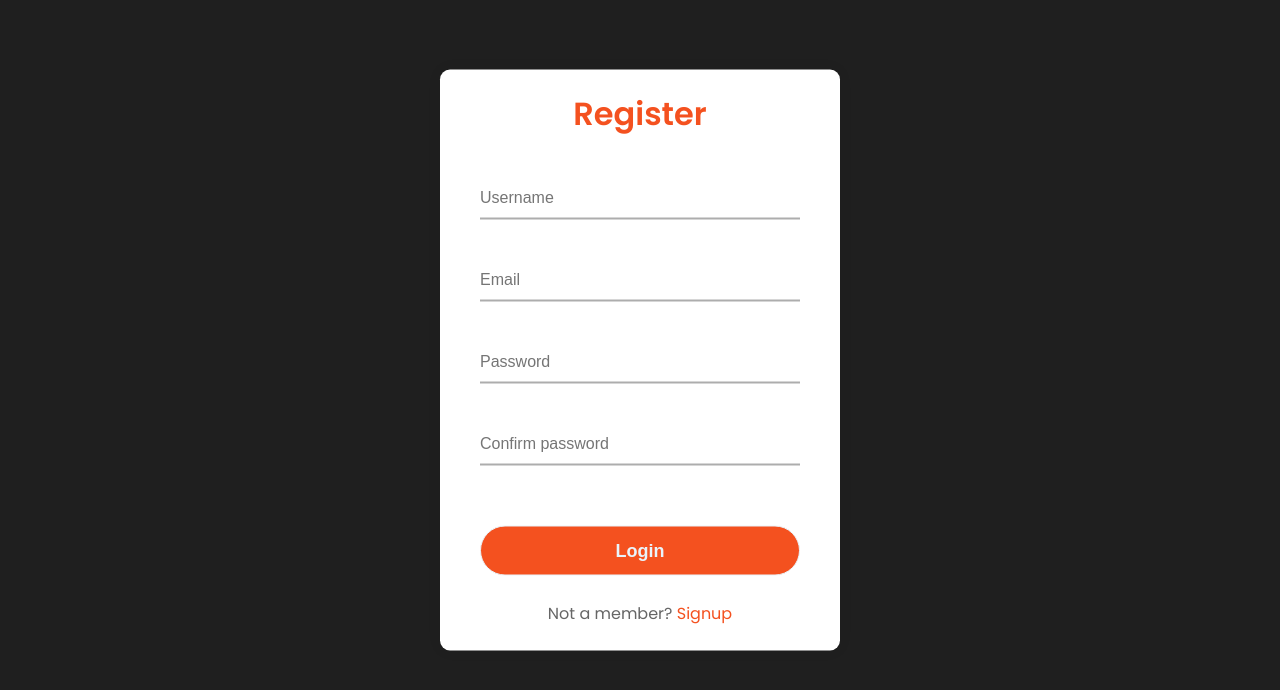
Repository: long5122000/Shopc
Page: register.html
These files come from the project's save history. The page is drawn as it stood at one moment and after the next save; the edit follows.
The browser window is 1280 px wide. The pictures show the whole page.
The style sheet was rebuilt from its Sass, Less or Tailwind sources for each picture, by a compiler version that may differ from the author's.

Above is the page before, as saved 2021-11-30 21:29:14.

### register.html
<!DOCTYPE html>
<html lang="en">
  <head>
    <meta charset="UTF-8" />
    <meta http-equiv="X-UA-Compatible" content="IE=edge" />
    <meta name="viewport" content="width=device-width, initial-scale=1.0" />
    <title>Document</title>
    <link rel="stylesheet" href="./css/app.css" />
  </head>
  <body>
    <div class="login__container">
      <h1 class="login__title">Register</h1>
      <form>
        <div class="form-control">
          <input type="text" id="username" placeholder="Username" />
          <span></span>
          <small></small>
        </div>
        <div class="form-control">
          <input type="email" id="email" placeholder="Email" />
          <span></span>
          <small></small>
        </div>
        <div class="form-control">
          <input type="password" id="password" placeholder="Password" />
          <span></span>
          <small></small>
        </div>
        <div class="form-control">
          <input
            type="password"
            id="password2"
            placeholder="Confirm password"
          />
          <span></span>
          <small></small>
        </div>
        <input type="submit" value="Login" />
        <div class="signup_link">Not a member? <a href="#">Signup</a></div>
      </form>
    </div>
  </body>
</html>

### sass/app.scss
@import "variables";
@import "reset";
@import "mixin";
@import "base";
@import "header";
@import "cart";
@import "search";
@import "info";
@import "home";
@import "category";
@import "about";
@import "hot";
@import "discount";
@import "new";
@import "newsletter";
@import "footer";
@import "modal";
@import "scroll";
@import "register";
@import "login";
@import "breakpoints";

### sass/_variables.scss
@import url("https://fonts.googleapis.com/css2?family=Poppins:wght@400;500;600;900&display=swap");
:root {
  --header-height: 3.5rem;
  /* Colors */
  --hue: 14;
  --first-color: hsl(var(--hue), 91%, 54%);
  --menu-color: hsl(31, 76%, 74%);
  --button-color: hsl(0, 0%, 24%);
  --button-color-alt: hsl(0, 0%, 28%);
  --title-color: hsl(0, 0%, 95%);
  --text-color: hsl(0, 0%, 75%);
  --body-color: hsl(0, 0%, 12%);
  --container-color: hsl(0, 0%, 16%);
  --border-color: hsl(0, 0%, 20%);
  --border-color: hsl(0, 0%, 94%);
  --dark1: #3e363f;
  --dark2: #212527;
  --light1: #fffce8;
  --light2: #edf7f6;
  --red: #df4747;
  --green: #47df5b;
  --transition250: all 250ms ease-in-out;
  --transition500: all 500ms ease-in-out;
  /* Font and typography */
  --body-font: "Poppins", sans-serif;
  --biggest-font-size: 2rem;
  --h1-font-size: 1.5rem;
  --h2-font-size: 1.25rem;
  --h3-font-size: 1rem;
  --normal-font-size: 0.938rem;
  --small-font-size: 0.813rem;
  /* font weight */
  --font-medium: 500;
  --font-semi-bold: 600;
  --font-black: 900;
  /* margenes bottom */
  --mb-0-25: 0.25rem;
  --mb-0-5: 0.5rem;
  --mb-0-75: 0.75rem;
  --mb-1: 1rem;
  --mb-1-5: 1.5rem;
  --mb-2: 2rem;
  --mb-2-5: 2.5rem;
  /* z-index */
  --z-tooltip: 10;
  --z-fixed: 100;

  @media screen and (min-width: 992px) {
    --biggest-font-size: 4rem;
    --h1-font-size: 2.25rem;
    --h2-font-size: 1.5rem;
    --h3-font-size: 1.25rem;
    --normal-font-size: 1rem;
    --small-font-size: 0.875rem;
    --smaller-font-size: 0.813rem;
  }
}

/*=============== GOOGLE FONTS ===============*/

### sass/_reset.scss
html {
  box-sizing: border-box;
}
* {
  margin: 0;
  padding: 0;
}
*,
*:before,
*:after {
  box-sizing: border-box;
}
input,
textarea,
select,
button {
  outline: none;
  border: none;
}
input {
  line-height: normal;
}
label,
button {
  cursor: pointer;
}
a {
  text-decoration: none;
}
img {
  display: block;
  max-width: 100%;
}

### sass/_mixin.scss
@mixin flex(
  $align: flex-start,
  $justify: flex-start,
  $wrap: nowrap,
  $dir: row
) {
  display: flex;
  justify-content: $justify;
  align-items: $align;
  flex-wrap: $wrap;
  flex-direction: $dir;
}
@mixin maxw($breakpoint) {
  @media screen and (max-width: $breakpoint) {
    @content;
  }
}
@mixin minw($breakpoint) {
  @media screen and (min-width: $breakpoint) {
    @content;
  }
}
@mixin center {
  display: flex;
  justify-content: center;
  align-items: center;
}

### sass/_base.scss
* {
  box-sizing: border-box;
  padding: 0;
  margin: 0;
}
html {
  scroll-behavior: smooth;
}
body {
  margin: var(--header-height) 0 0 0;
  font-family: var(--body-font);
  font-size: var(--normal-font-size);
  background: var(--body-color);
  color: var(--text-color);
}
h1,
h2,
h3,
h4 {
  color: var(--title-color);
  font-weight: var(--font-semi-bold);
}
ul {
  list-style: none;
}
.section {
  padding: 4.5rem 0 2rem;
}
.section__title {
  font-size: var(--h2-font-size);
  margin-bottom: var(--mb2);
  text-align: center;
}
.container {
  max-width: 1240px;
  margin-left: var(--mb-1-5);
  margin-right: var(--mb-1-5);
}
.grid {
  display: grid;
}
.main {
  overflow: hidden;
}
::-webkit-scrollbar {
  width: 0.6rem;
  background: #413e3e;
}
::-webkit-scrollbar-thumb {
  background: #272525;
  border-radius: 0.5rem;
}
.button {
  display: inline-block;
  background-color: var(--first-color);
  color: var(--title-color);
  padding: 1rem 1.75rem;
  border-radius: 0.5rem;
  font-weight: var(--font-medium);
  transition: 0.3s;
  &:hover {
    background-color: var(--first-color-alt);
  }
  &--ghost {
    border: 2px solid;
    background-color: transparent;
    border-radius: 3rem;
    padding: 0.75rem 1.5rem;
    &:hover {
      background: none;
    }
  }
  &__icon {
    font-size: 1.25rem;
  }
  &--link {
    color: var(--title-color);
  }
  &--flex {
    display: inline-flex;
    align-items: center;
    column-gap: 0.5rem;
  }
}

### sass/_header.scss
.header {
  width: 100%;
  background: var(--body-color);
  position: fixed;
  top: 0;
  left: 0;
  z-index: var(--z-fixed);
}
.nav {
  height: var(--header-height);
  @include flex(center, space-between);
  &__logo {
    @include flex(center);
    column-gap: 0.5rem;
    font-weight: var(--font-medium);
    &-img {
      width: 1.25rem;
    }
  }
  &__link,
  &__logo,
  &__toggle,
  &__close {
    color: var(--title-color);
  }
  &__toggle {
    font-size: 1.25rem;
    cursor: pointer;
  }
  @include maxw(767px) {
    &__menu {
      position: fixed;
      width: 100%;
      background: var(--container-color);
      top: -150%;
      left: 0;
      padding: 3.5rem 0;
      transition: 0.4s;
      z-index: var(--z-fixed);
      border-radius: 0 0 1.5rem 1.5rem;
    }
  }
  &__img {
    width: 100px;
    position: absolute;
    top: 0;
    left: 0;
  }
  &__close {
    font-size: 1.8rem;
    position: absolute;
    top: 0.5rem;
    right: 0.7rem;
    cursor: pointer;
  }
  &__list {
    @include flex(center, flex-start, nowrap, column);
    row-gap: 1.5rem;
  }
  &__link {
    text-transform: uppercase;
    font-weight: var(--font-black);
    transition: 0.4;
    &:hover {
      color: var(--text-color);
    }
  }
  &__btns {
    display: flex;
    font-size: var(--h2-font-size);
    gap: 0 20px;
  }
  &__shop {
    font-size: 1.25rem;
    cursor: pointer;
  }
}

.show-menu {
  top: 0;
}

.active {
  &-link {
    position: relative;
    &::before {
      content: "";
      position: absolute;
      bottom: -0.75rem;
      left: 45%;
      width: 5px;
      height: 5px;
      background-color: var(--title-color);
      border-radius: 50%;
    }
  }
}

### sass/_cart.scss
/*=============== CART ===============*/
.cart {
  position: fixed;
  background-color: rgb(59, 59, 59);
  z-index: var(--z-fixed);
  width: 100%;
  height: 100%;
  top: 0;
  right: -100%;
  padding: 3.5rem 2rem;
  transition: 0.4s;
  overflow-y: scroll;

  &__title-center {
    font-size: var(--h2-font-size);
    text-align: center;
    margin-bottom: var(--mb-3);
  }

  &__close {
    font-size: 2rem;
    color: var(--title-color);
    position: absolute;
    top: 1.25rem;
    right: 0.9rem;
    cursor: pointer;
  }

  &__container {
    display: grid;
    row-gap: 1.5rem;
  }

  &__card {
    display: flex;
    align-items: center;
    column-gap: 1rem;
  }
  &__box {
    background-color: var(--container-color);
    padding: 0.75rem 1.25rem;
    border: 1px solid #5c5c5c;
  }
  &__img {
    width: 50px;
  }
  &__title {
    font-size: var(--normal-font-size);
    margin-bottom: 0.5rem;
  }
  &__price {
    display: block;
    font-size: var(--small-font-size);
    color: var(--menu-color);
    margin-bottom: var(--mb-1-5);
  }
  &__amount,
  &__amount-content {
    display: flex;
    align-items: center;
  }
  &__amount {
    column-gap: 3rem;

    &-content {
      column-gap: 1rem;
    }
    &-box {
      display: inline-flex;
      padding: 0.25rem;
      background-color: var(--container-color);
      border: 1px solid var(--border-color);
      cursor: pointer;
    }
    &-trash {
      font-size: 1.15rem;
      color: var(--menu-color);
      cursor: pointer;
    }
  }
  &__prices {
    margin-top: 6rem;
    display: flex;
    justify-content: space-between;

    &-item,
    &-total {
      color: var(--title-color);
    }
    &-item {
      font-size: var(--small-font-size);
    }
    &-total {
      font-size: var(--h3-font-size);
      font-weight: var(--font-medium);
    }
  }
  &::-webkit-scrollbar {
    display: none;
  }
}

/* Show cart */
.show-cart {
  right: 0;
}

### sass/_search.scss
.search-box {
  width: 1px;
  height: 30px;
  background-color: rgb(88, 88, 88);
  position: relative;

  transition: all 0.5s ease;
  border-radius: 15px;
}

.search-box.open {
  width: 220px;
}

.search-input {
  width: 100%;
  height: 100%;
  border: none;
  box-shadow: none;
  background: transparent;
  color: #fff;
  padding: 20px 20px;
  font-size: 20px;
}

.search-btn {
  color: rgba(191, 191, 191);
  outline: none;
  border: none;

  position: absolute;
  right: -0;
  top: 0;
  cursor: pointer;
  font-size: 25px;
  background-color: transparent;
}

### sass/_info.scss
.info {
  position: fixed;
  background-color: rgb(59, 59, 59);
  z-index: var(--z-fixed);
  width: 100%;
  height: 100%;
  top: 0;
  right: -100%;
  padding: 5.5rem 1rem;
  transition: 0.4s;
  overflow-y: scroll;
  &__close {
    font-size: 2rem;
    color: var(--title-color);
    position: absolute;
    top: 1.25rem;
    right: 0.9rem;
    cursor: pointer;
  }
}
.show-info {
  right: 0;
}

### sass/_home.scss
.home {
  &__content {
    row-gap: 1rem;
  }
  &__group {
    display: grid;
    position: relative;
    padding-top: 2rem;
  }
  &__image {
    height: 250px;
    justify-self: center;
  }
  &__indicator {
    width: 8px;
    height: 8px;
    background-color: var(--title-color);
    border-radius: 50%;
    position: absolute;
    top: 7rem;
    right: 2rem;
    &::after {
      content: "";
      position: absolute;
      width: 1px;
      height: 48px;
      background-color: var(--title-color);
      top: -3rem;
      right: 45%;
    }
  }
  &__details {
    &-img {
      position: absolute;
      right: 0.5rem;
    }
    &-title,
    &-subtitle {
      display: block;
      font-size: var(--small-font-size);
      text-align: right;
    }
  }
  &__subtitle {
    font-size: var(--h3-font-size);
    text-transform: uppercase;
    margin-bottom: var(--mb-1);
  }
  &__title {
    font-size: var(--biggest-font-size);
    font-weight: var(--font-black);
    line-height: 109%;
    margin-bottom: var(--mb-1);
  }
  &__description {
    margin-bottom: var(--mb-1);
  }
  &__buttons {
    @include flex(center, space-between);
  }
}

.swiper {
  &-pagination {
    position: initial;
    margin-top: var(--mb-1);
    &-bullet {
      width: 5px;
      height: 5px;
      background-color: var(--title-color);
      opacity: 1;
    }
  }
}
.swiper-pagination-horizontal.swiper-pagination-bullets .swiper-pagination-bullet {
  margin: 0 0.5rem;
}
.swiper-pagination-bullet-active {
  width: 1.5rem;
  height: 5px;
  border-radius: 0.5rem;
}

### sass/_category.scss
.category {
  &__container {
    grid-template-columns: repeat(2, 1fr);
    gap: 1rem 2rem;
  }
  &__data {
    text-align: center;
  }
  &__image {
    width: 120px;
    margin: 0 auto;
    transition: 0.3s;
  }
  &__title {
    margin-bottom: var(--mb-0-25);
  }
  &__data:hover {
    .category {
      &__image {
        transform: translateY(-0.5rem);
      }
    }
  }
}
.scroll {
  &-header {
    background: var(--container-color);
  }
}

### sass/_about.scss
.about {
  &__container {
    row-gap: 2rem;
  }
  &__data {
    text-align: center;
  }
  &__description {
    margin-bottom: var(--mb-2);
  }
  &__image {
    width: 200px;
    justify-self: center;
  }
}

### sass/_hot.scss
.hot {
  &__container {
    grid-template-columns: repeat(2, 1fr);
    gap: 1.5rem;
    padding: 1rem;
  }
  &__content {
    position: relative;
    background: var(--container-color);
    border-radius: 1rem;
    padding: 1.5rem 0 1rem 0;
    text-align: center;
    overflow: hidden;

    &:hover .hot__image {
      transform: translateY(-0.5rem);
    }
    &:hover .hot__button {
      right: 0;
    }
  }
  &__image {
    width: 90px;
    transition: 0.3s;
    margin: 0 auto;
  }
  &__subtitle,
  &__price {
    display: block;
  }
  &__subtitle {
    font-size: var(--smaller-font-size);
    margin-bottom: var(--mb-0-5);
  }
  &__title,
  &__price {
    color: var(--title-color);
    font-weight: var(--font-medium);
    font-size: var(--normal-font-size);
  }
  &__button {
    display: flex;
    flex-direction: column;
    gap: 5px 0;
    padding: 0.5rem;
    border-radius: 0.25rem 0.25rem 0.75rem 0.25rem;
    position: absolute;
    right: -3rem;
    bottom: 0;
  }
  &__icon {
    font-size: 1.25rem;
    color: var(--title-color);
    &--bt {
      border-bottom: 1px solid gray;
      padding-bottom: 4px;
    }
    &:hover {
      color: var(--first-color);
    }
  }
}

### sass/_discount.scss
.discount {
  &__container {
    background: var(--container-color);
    border-radius: 1rem;
    padding: 2.5rem 0 1.5rem;
    row-gap: 0.75rem;
  }
  &__data {
    text-align: center;
  }
  &__title {
    font-size: var(--h2-font-size);
    margin-bottom: var(--mb-2);
  }
  &__image {
    width: 200px;
    justify-self: center;
  }
}

### sass/_new.scss
.new {
  &__container {
    padding-top: 1rem;
  }
  &__image {
    width: 120px;
    height: 120px;
    transition: 0.3s;
    margin: 0 auto;
    margin-bottom: var(--mb-0-5);
  }
  &__content {
    position: relative;
    background: var(--container-color);
    width: 242px;
    padding: 2rem 0 1.5rem 0;
    border-radius: 0.75rem;
    text-align: center;
    overflow: hidden;

    &:hover .new__image {
      transform: translateY(-0.5rem);
    }
    &:hover .new__button {
      right: 0;
    }
  }
  &__tag {
    position: absolute;
    top: 8%;
    left: 8%;
    background-color: var(--first-color);
    color: var(--title-color);
    font-size: var(--small-font-size);
    padding: 0.25rem 0.5rem;
    border-radius: 0.25rem;
  }
  &__title {
    font-size: var(--normal-font-size);
    font-weight: var(--font-medium);
  }
  &__subtitle {
    display: block;
    font-size: (--small-font-size);
    margin-bottom: var(--mb-0-5);
  }
  &__prices {
    display: inline-flex;
    align-items: center;
    column-gap: 0.5rem;
  }
  &__price {
    font-weight: var(--font-medium);
    color: var(--title-color);
  }
  &__discount {
    color: var(--first-color);
    font-size: var(--small-font-size);
    text-decoration: line-through;
    font-weight: var(--font-medium);
  }
  &__button {
    display: flex;
    flex-direction: column;
    gap: 5px 0;
    padding: 0.5rem;
    border-radius: 0.25rem 0.25rem 0.75rem 0.25rem;
    position: absolute;
    bottom: 0;
    right: -3rem;
  }

  &__icon {
    font-size: 1.25rem;
    color: var(--title-color);
    &--bt {
      border-bottom: 1px solid gray;
      padding-bottom: 4px;
    }
    &:hover {
      color: var(--first-color);
    }
  }
}

### sass/_newsletter.scss
.newsletter {
  &__description {
    text-align: center;
    margin-bottom: var(--mb-1-5);
  }
  &__form {
    background: var(--container-color);
    padding: 1rem;
    @include flex(center, space-between);
    // display: flex;
    // justify-content: space-between;
    border-radius: 0.75rem;
  }
  &__input {
    width: 70%;
    padding: 0 0.5rem;
    background: none;
    color: var(--title-color);
    &::placeholder {
      color: var(--text-color);
    }
  }
}

### sass/_footer.scss
.footer {
  position: relative;
  overflow: hidden;
  &__image {
    &-one,
    &-two {
      position: absolute;
      transition: 0.3s;
      &:hover {
        transform: translateY(-0.5rem);
      }
    }
    &-one {
      width: 100px;
      top: 6rem;
      right: -2rem;
    }
    &-two {
      width: 150px;
      bottom: 4rem;
      right: 4rem;
    }
  }
  &__container {
    row-gap: 2rem;
  }
  &__logo {
    @include flex(center);
    column-gap: 0.5rem;
    margin-bottom: var(--mb-1);
    font-weight: var(--font-medium);
    color: var(--title-color);
    &-image {
      width: 20px;
    }
  }
  &__description {
    margin-bottom: var(--mb-2-5);
  }
  &__social {
    display: flex;
    column-gap: 0.75rem;
    &-link {
      display: inline-flex;
      background: var(--container-color);
      padding: 0.25rem;
      border-radius: 0.25rem;
      color: var(--title-color);
      font-size: 1rem;
      &:hover {
        background: var(--body-color);
      }
    }
  }
  &__title {
    font-size: var(--h3-font-size);
    margin-bottom: var(--mb-1);
  }
  &__links {
    display: grid;
    row-gap: 0.35rem;
  }
  &__link {
    font-size: var(--small-font-size);
    color: var(--text-color);
    transition: 0.3s;
    &:hover {
      color: var(--title-color);
    }
  }
  &__copy {
    display: block;
    text-align: center;
    font-size: var(--smaller-font-size);
    margin-top: 4.5rem;
  }
}

### sass/_modal.scss
.modal {
  position: fixed;
  top: 0;
  height: 100%;
  width: 100%;
  background: var(--container-color);
  transition: var(--transition250);
  opacity: 0;
  visibility: hidden;
  z-index: 100;
  border-radius: 8px;
  &__main {
    display: grid;
    grid-template-columns: 1fr;
    padding: 0 10px;
  }
  &__image {
    height: 100%;
    width: 100%;
    margin-top: var(--mb-2-5);
  }
  &__title {
    font-size: var(--h1-font-size);
    text-align: center;
    margin-top: var(--mb-2);
    margin-bottom: var(--mb-1-5);
  }
  &__desc {
    margin-bottom: var(--mb-1-5);
  }
  &__price {
    font-size: var(--h2-font-size);
    color: var(--first-color);
    margin-bottom: var(--mb-1-5);
  }
  &__button {
    text-align: center;
  }
  &__close {
    position: absolute;
    right: 5px;
    top: 5px;
    font-size: 2.5rem;
  }
}
.show-modal {
  opacity: 1;
  visibility: unset;
}

### sass/_scroll.scss
.scrollup {
  position: fixed;
  background: var(--first-color);
  right: 1rem;
  bottom: -20%;
  display: inline-flex;
  padding: 0.3rem;
  border-radius: 0.25rem;
  z-index: var(--z-tooltip);
  opacity: 0.8;
  transition: 0.4s;
  &:hover {
    background: var(--container-color);
    opacity: 1;
  }
  &__icon {
    font-size: 1.2rem;
    color: var(--title-color);
  }
}
.show-scroll {
  bottom: 3rem;
}

### sass/_register.scss
.register {
  &__container {
    position: absolute;
    top: 50%;
    left: 50%;
    transform: translate(-50%, -50%);
    width: 400px;
    background: white;
    border-radius: 10px;
    box-shadow: 0px 0px 15px rgba(0, 0, 0, 0.05);
  }
  &__title {
    text-align: center;
    padding-top: 20px;
    color: var(--first-color);
  }
}
form {
  padding: 0 40px;
}
.form-control {
  position: relative;
  border-bottom: 2px solid #adadad;
  margin: 40px 0;
}

.form-control.success {
  border-bottom-color: var(--first-color);
}

.form-control.error {
  border-bottom-color: #e74c3c;
}

.form-control input {
  width: 100%;
  height: 40px;
  font-size: 16px;
  border: none;
  background: none;
  outline: none;
}

small {
  position: absolute;
  left: 0;
  top: 100%;
  margin-top: 3px;
  color: #e74c3c;
}

.form-control span::before {
  content: "";
  position: absolute;
  top: 40px;
  left: 0;
  width: 0%;
  height: 2px;
  background: var(--first-color);
  transition: 0.3s;
}

.form-control input:focus ~ span::before {
  width: 100%;
}

input[type="submit"] {
  margin-top: 20px;
  width: 100%;
  height: 50px;
  border: 1px solid;
  background: var(--first-color);
  border-radius: 25px;
  font-size: 18px;
  color: #e9f4fb;
  font-weight: 700;
  cursor: pointer;
  outline: none;
  transition: 0.5s;
}

input[type="submit"]:hover {
  background-color: #fc7b6d;
}

.signup_link {
  margin: 25px 0;
  text-align: center;
  font-size: 16px;
  color: #666666;
}

.signup_link a {
  color: var(--first-color);
  text-decoration: none;
}

.signup_link a:hover {
  text-decoration: underline;
}

### sass/_login.scss
.login {
  &__container {
    position: absolute;
    top: 50%;
    left: 50%;
    transform: translate(-50%, -50%);
    width: 400px;
    background: white;
    border-radius: 10px;
    box-shadow: 0px 0px 15px rgba(0, 0, 0, 0.05);
  }
  &__title {
    text-align: center;
    padding-top: 20px;
    color: var(--first-color);
  }
}
form {
  padding: 0 40px;
}
.form-control {
  position: relative;
  border-bottom: 2px solid #adadad;
  margin: 40px 0;
}

.form-control.success {
  border-bottom-color: var(--first-color);
}

.form-control.error {
  border-bottom-color: #e74c3c;
}

.form-control input {
  width: 100%;
  height: 40px;
  font-size: 16px;
  border: none;
  background: none;
  outline: none;
}

small {
  position: absolute;
  left: 0;
  top: 100%;
  margin-top: 3px;
  color: #e74c3c;
}

.form-control span::before {
  content: "";
  position: absolute;
  top: 40px;
  left: 0;
  width: 0%;
  height: 2px;
  background: var(--first-color);
  transition: 0.3s;
}

.form-control input:focus ~ span::before {
  width: 100%;
}

input[type="submit"] {
  margin-top: 20px;
  width: 100%;
  height: 50px;
  border: 1px solid;
  background: var(--first-color);
  border-radius: 25px;
  font-size: 18px;
  color: #e9f4fb;
  font-weight: 700;
  cursor: pointer;
  outline: none;
  transition: 0.5s;
}

input[type="submit"]:hover {
  background-color: #fc7b6d;
}

.signup_link {
  margin: 25px 0;
  text-align: center;
  font-size: 16px;
  color: #666666;
}

.signup_link a {
  color: var(--first-color);
  text-decoration: none;
}

.signup_link a:hover {
  text-decoration: underline;
}

Loaded but not shown: sass/_breakpoints.scss (355 lines, source omitted)

After the next save:
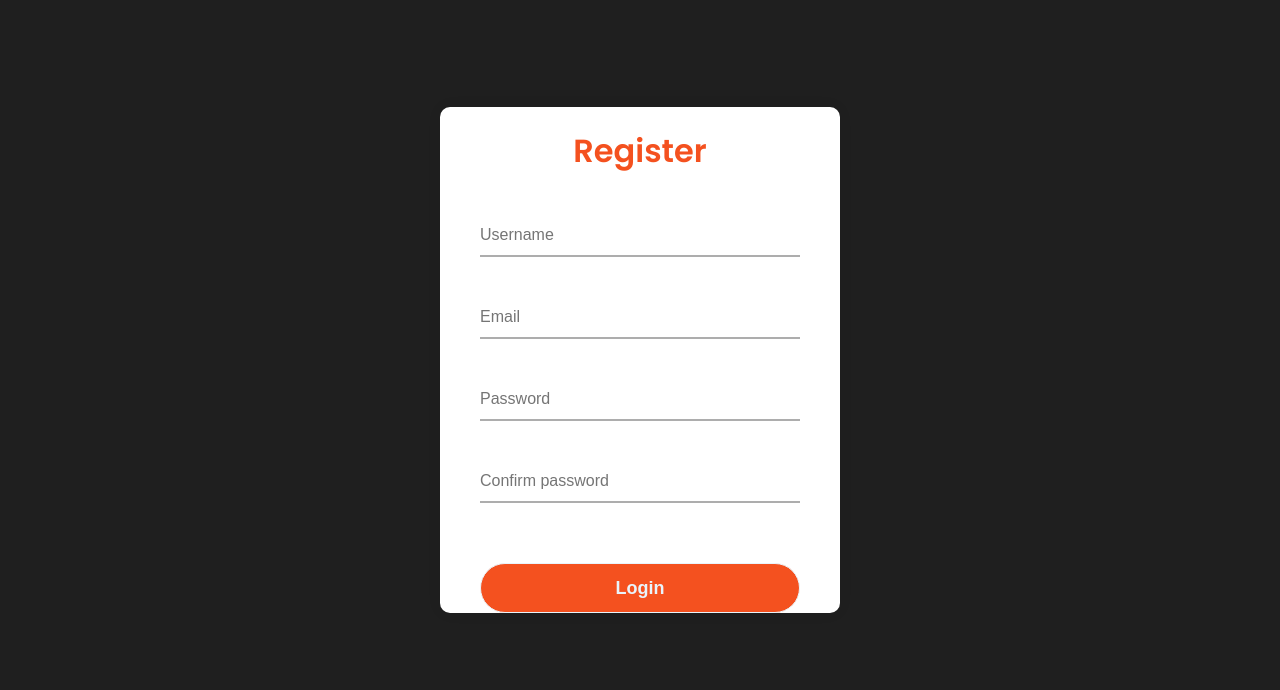
Saved 53 s later.
--- a/register.html
+++ b/register.html
@@ -36,7 +36,6 @@
           <small></small>
         </div>
         <input type="submit" value="Login" />
-        <div class="signup_link">Not a member? <a href="#">Signup</a></div>
       </form>
     </div>
   </body>
